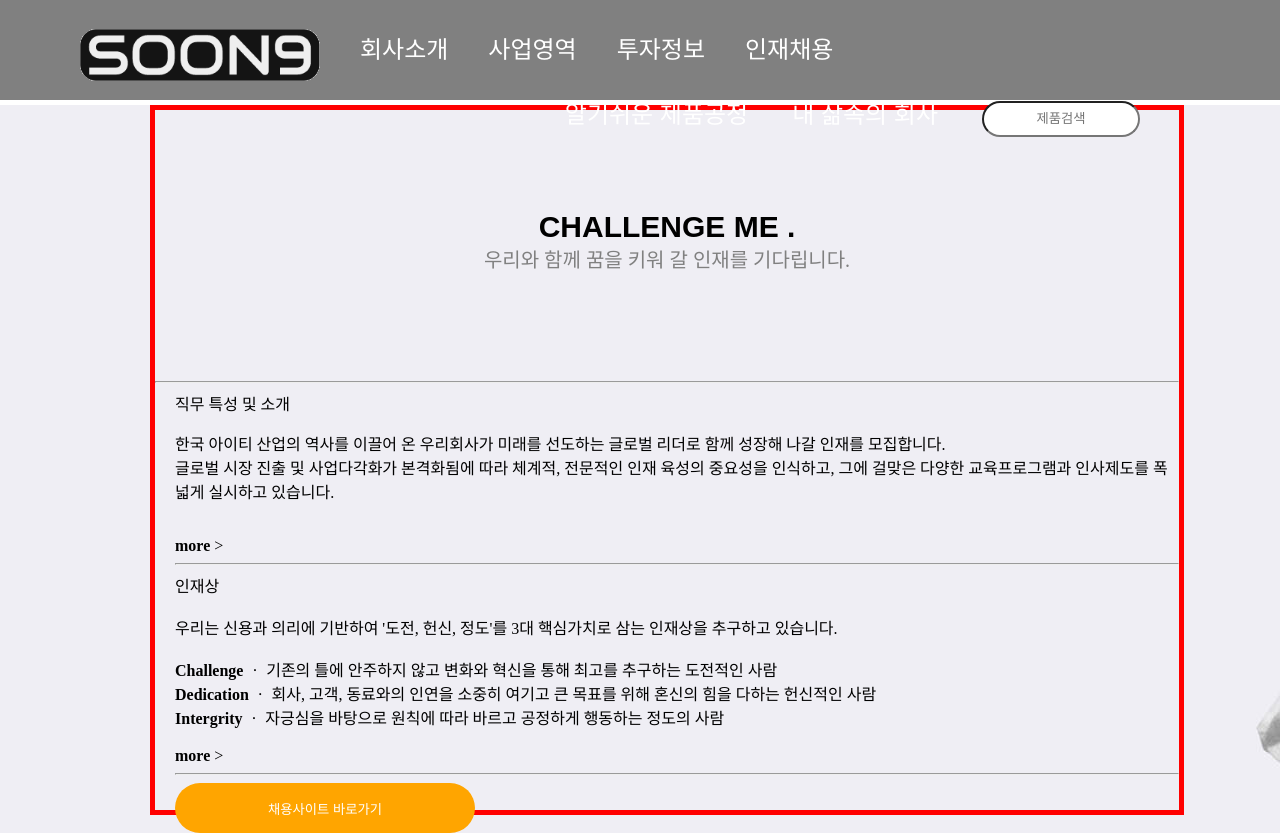
Repository: golddrone7/front
Page: soon9/src/main/webapp/index.html
These files come from the project's save history. The page is drawn as it stood at one moment and after the next save; the edit follows.
The browser window is 1280 px wide. The pictures show the whole page.

Above is the page before, as saved 2023-03-02 02:48:33.

After the next save:
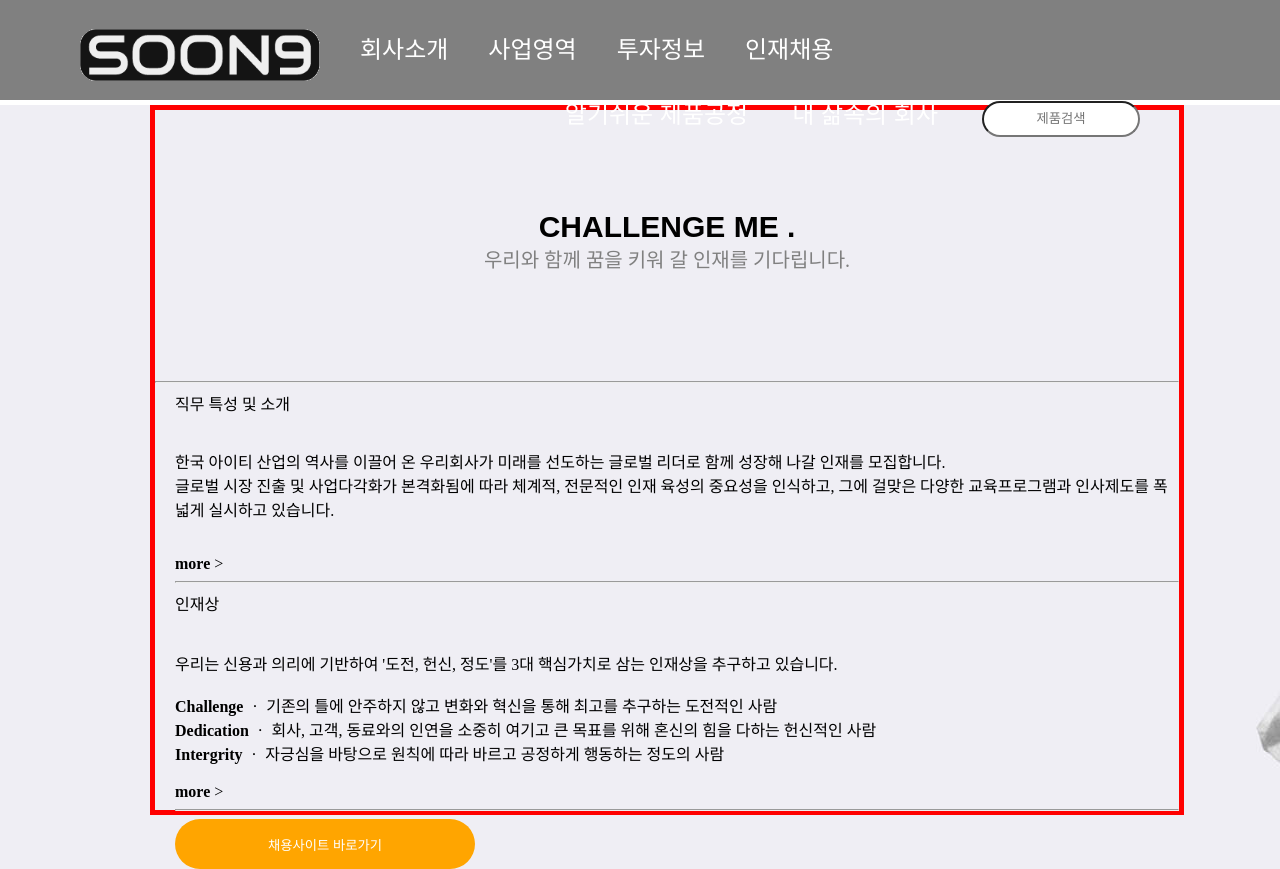
Saved 69 s later.
--- a/soon9/src/main/webapp/index.html
+++ b/soon9/src/main/webapp/index.html
@@ -32,7 +32,7 @@
 	</div>
 	<hr>
 	<div class="content">
-		직무 특성 및 소개<br>
+		<div>직무 특성 및 소개</div><br>
 			<div>
 			<p>
 			한국 아이티 산업의 역사를 이끌어 온 우리회사가 미래를 선도하는 글로벌 리더로 함께 성장해 나갈 인재를 모집합니다.<br>
@@ -43,7 +43,7 @@
 		<br>
 		<b>more</b> > <br><hr>
 
-		인재상
+		<div>인재상</div>
 		<br><br>
 		우리는 신용과 의리에 기반하여 '도전, 헌신, 정도'를 3대 핵심가치로 삼는 인재상을 추구하고 있습니다.<br><br>
 		<b>Challenge</b> ㆍ 기존의 틀에 안주하지 않고 변화와 혁신을 통해 최고를 추구하는 도전적인 사람<br>
